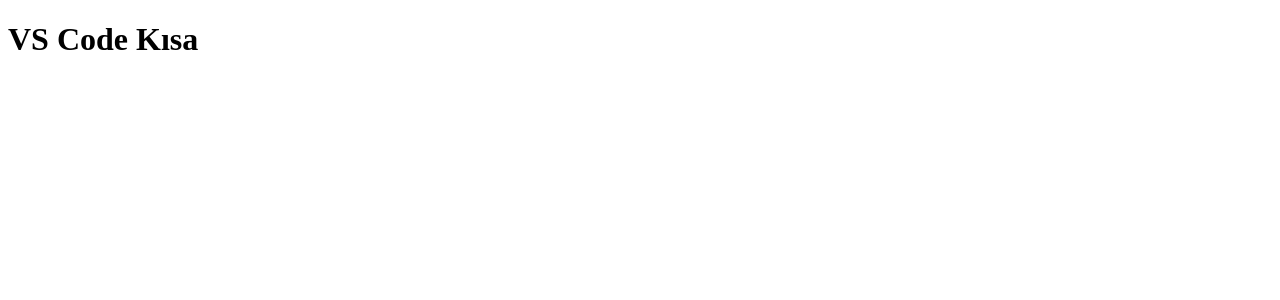
Repository: BeritanBlgn/web-yazilim-muhendisligi
Page: Modul_1/Ders_3/1.3.6_gorev3.html
These files come from the project's save history. The page is drawn as it stood at one moment and after a run of saves; the edit follows.
The browser window is 1280 px wide. The pictures show the whole page.

Above is the page before, as saved 2026-10-09 22:43:28.

After the next 3 saves:
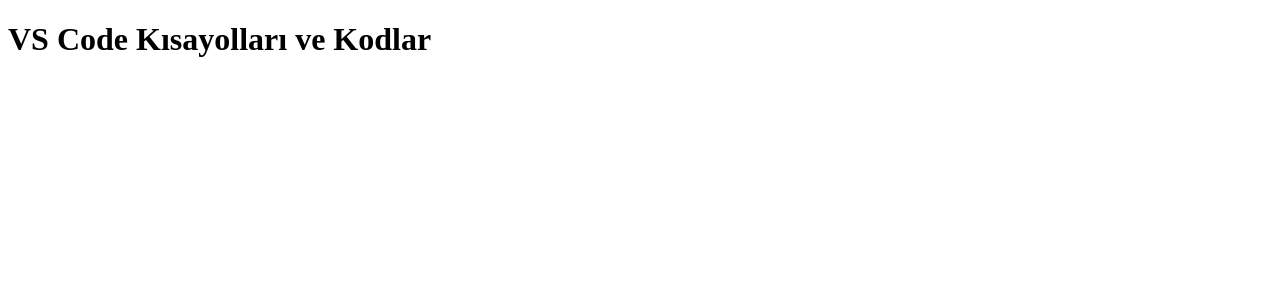
The 3 saves are shown as one change because they came seconds apart.
The last was saved 8 s later.
--- a/Modul_1/Ders_3/1.3.6_gorev3.html
+++ b/Modul_1/Ders_3/1.3.6_gorev3.html
@@ -7,7 +7,7 @@
 </head>
 <body>
     <h1>
-        VS Code Kısa
+        VS Code Kısayolları ve Kodlar
     </h1>
 </body>
 </html>
